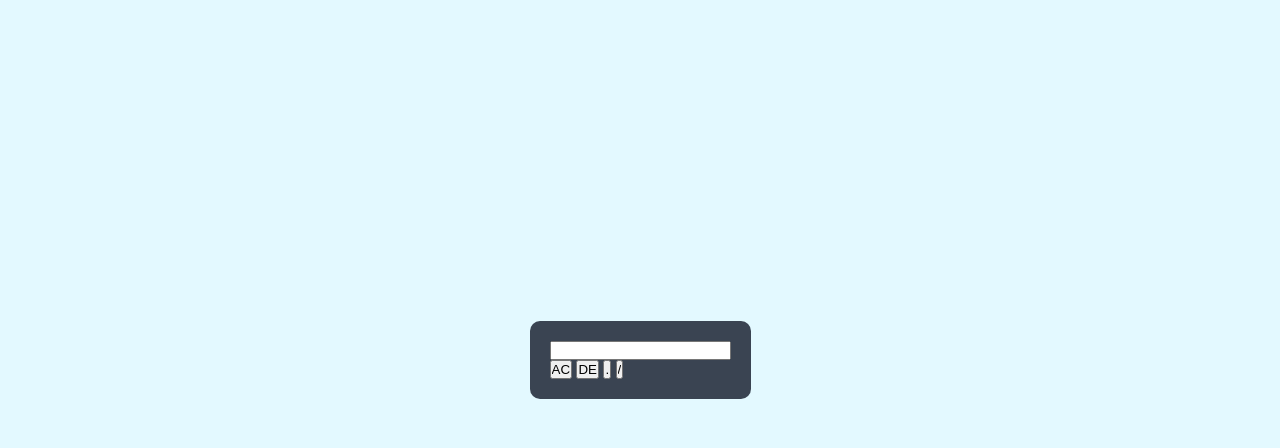
Repository: Anureet23/Calculator
Page: index.html
The author's editor kept a copy of each file at every save. The page is drawn from the files as they stood at one save, then again after a run of saves.
The browser window is 1280 px wide. The pictures show the whole page.

Above is the page before, as saved 2023-02-07 22:46:19.

After the next 2 saves:
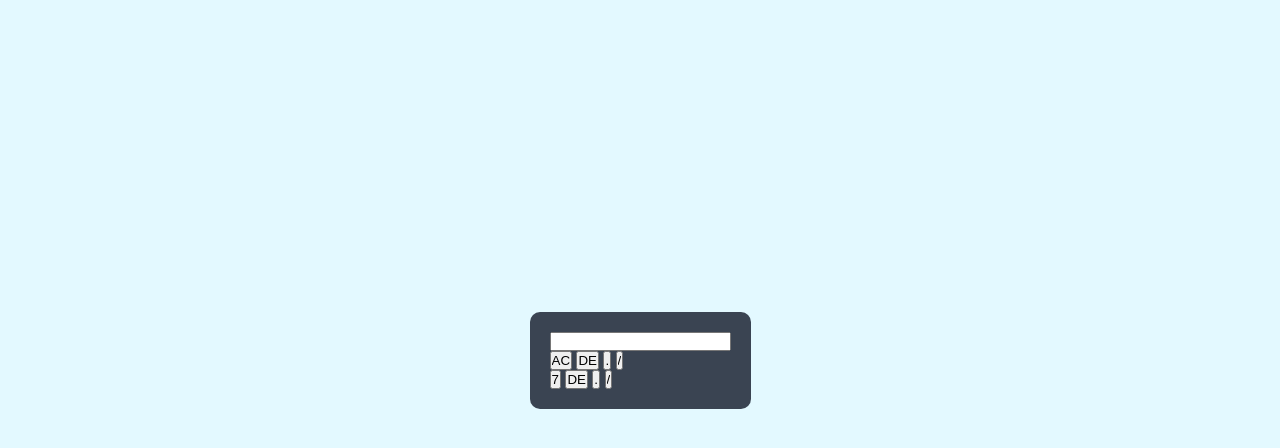
The 2 saves are shown as one change because they came seconds apart.
The last was saved 8 s later.
--- a/index.html
+++ b/index.html
@@ -18,6 +18,12 @@
            <input type="button" value=".">
            <input type="button" value="/">
        </div>
+       <div>
+        <input type="button" value="7">
+        <input type="button" value="DE">
+        <input type="button" value=".">
+        <input type="button" value="/">
+    </div>
    </form>
 </div>
 </div>
